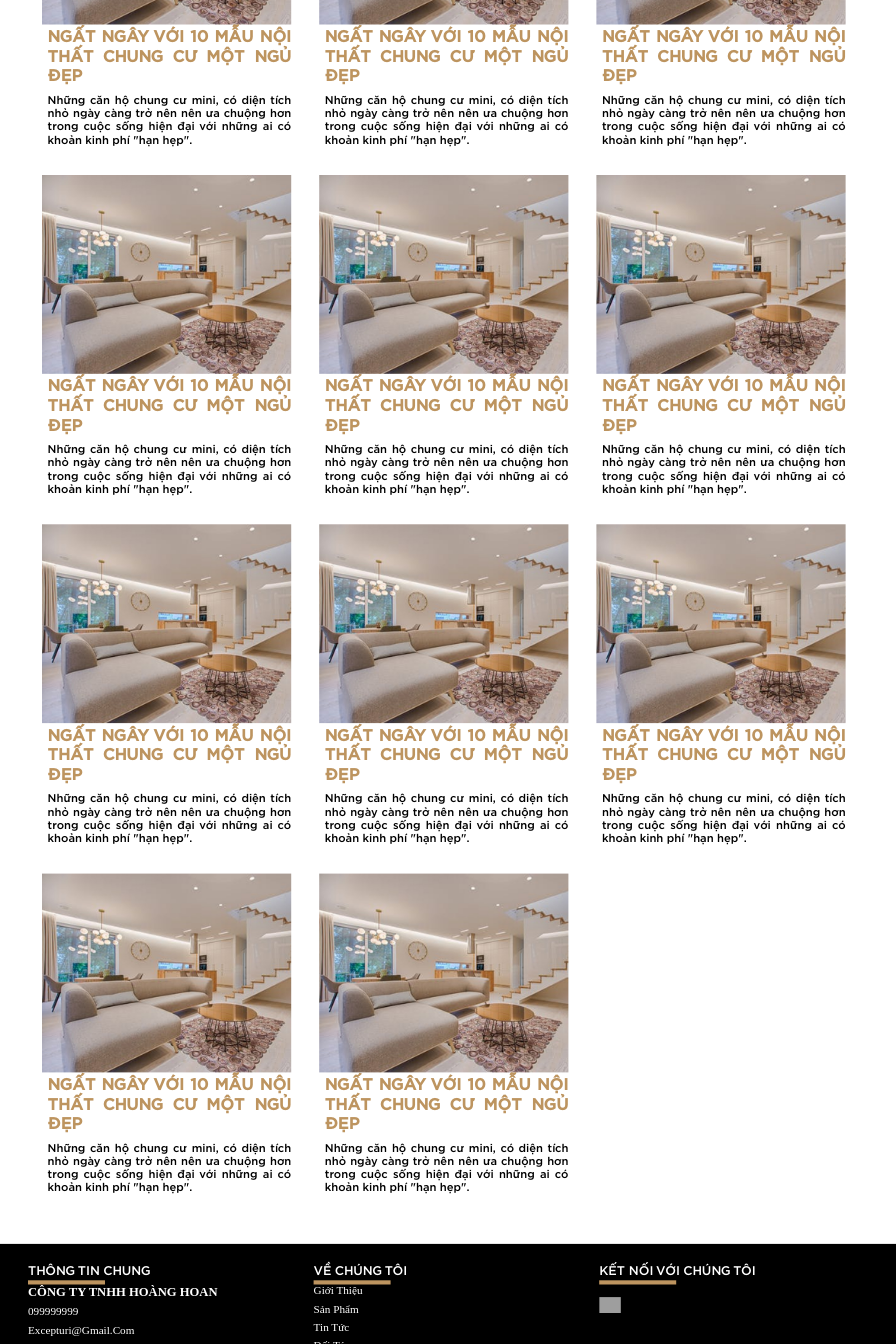
Repository: LDDUNG2003/prj_2
Page: /news
An editor plug-in stored every save of this project. The page is shown before and after a run of saves, followed by the edit.
The browser window is 1280 px wide. The pictures show the part of the page from y = 1990 to 3910 px (the page is 3967 px tall before and 2470 px after), at 70% of full size.
Pictures or frames that could not be fetched are drawn as grey boxes. The project was rebuilt for these pictures with package versions that can differ from the ones it lists, and the page was loaded fresh each time. Also part of the build but not shown: src/font-awesome/index.js, src/pages/home/setProductSlick/index.js, src/pages/home/index.js, src/styles/css/contact.css, src/pages/contact/index.js, src/pages/notfoud/index.js.

Above is the page before, as saved 2023-09-22 10:09:01.

After the next 2 saves:
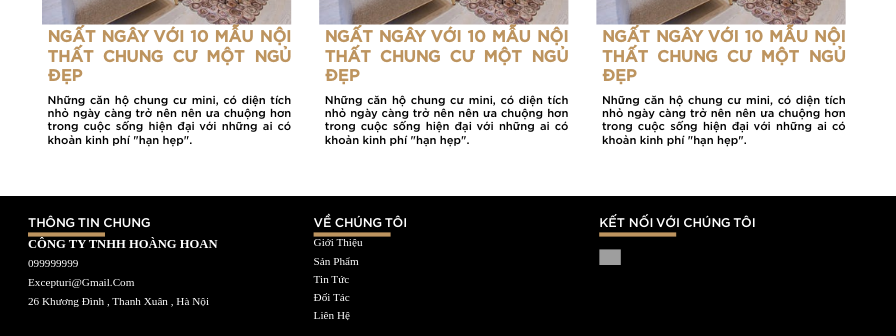
The 2 saves are shown as one change because 1 did not build or start.
The last was saved 11 min 18 s later.
--- a/src/pages/news/newsListItem/index.js
+++ b/src/pages/news/newsListItem/index.js
@@ -2,15 +2,28 @@ function NewsList() {
     var NewsList = []
     var NewsItems = []
     for(var i = 0; i < 20; i++){
-        NewsList.push(
-            <li className="news--content-item">
-                <img src="./img/news/tintuc-1.jpg" alt className="news--item-img" />
-                <div className="news--item-contain">
-                    <h4 className="news--contain-heading">Ngất ngây với 10 mẫu nội thất chung cư một ngủ đẹp</h4>
-                    <p className="news--contain-text">Những căn hộ chung cư mini, có diện tích nhỏ ngày càng trở nên nên ưa chuộng hơn trong cuộc sống hiện đại với những ai có khoản kinh phí "hạn hẹp".</p>
-                </div>
-            </li>
-        )
+        if(i < 12){
+            NewsList.push(
+                <li className="news--content-item">
+                    <img src="./img/news/tintuc-1.jpg" alt className="news--item-img" />
+                    <div className="news--item-contain">
+                        <h4 className="news--contain-heading">Ngất ngây với 10 mẫu nội thất chung cư một ngủ đẹp</h4>
+                        <p className="news--contain-text">Những căn hộ chung cư mini, có diện tích nhỏ ngày càng trở nên nên ưa chuộng hơn trong cuộc sống hiện đại với những ai có khoản kinh phí "hạn hẹp".</p>
+                    </div>
+                </li>
+            )
+        }
+        else{
+            NewsItems.push(
+                <li className="news--content-item">
+                    <img src="./img/news/tintuc-1.jpg" alt className="news--item-img" />
+                    <div className="news--item-contain">
+                        <h4 className="news--contain-heading">Ngất ngây với 10 mẫu nội thất chung cư một ngủ đẹp</h4>
+                        <p className="news--contain-text">Những căn hộ chung cư mini, có diện tích nhỏ ngày càng trở nên nên ưa chuộng hơn trong cuộc sống hiện đại với những ai có khoản kinh phí "hạn hẹp".</p>
+                    </div>
+                </li>
+            )
+        }
     }
     return (
         <>
